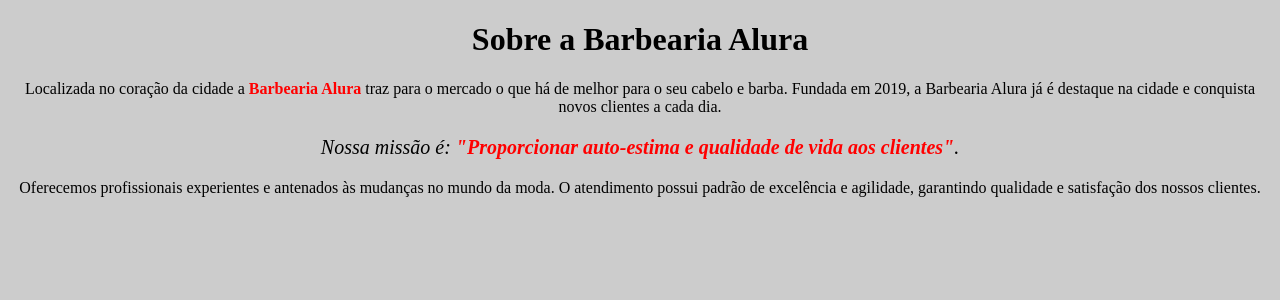
Repository: RenatoCCS/Barbearia_Alura
Page: index.html
An editor plug-in stored every save of this project. The page is shown before and after the next save, followed by the edit.
The browser window is 1280 px wide. The pictures show the whole page.

Above is the page before, as saved 2022-10-17 20:34:16.

### index.html
<!DOCTYPE html>

<html lang="pt-br">
  <head>
    <meta charset="UTF-8" />
    <title>Barbearia Alura</title>
    <link rel="stylesheet" href="style.css" />
  </head>

  <body>
    <h1 style="text-align: center">Sobre a Barbearia Alura</h1>

    <p style="text-align: center">
      Localizada no coração da cidade a <strong>Barbearia Alura</strong> traz
      para o mercado o que há de melhor para o seu cabelo e barba. Fundada em
      2019, a Barbearia Alura já é destaque na cidade e conquista novos clientes
      a cada dia.
    </p>

    <p style="font-size: 20px; text-align: center">
      <em>
        Nossa missão é:
        <strong
          >"Proporcionar auto-estima e qualidade de vida aos clientes"</strong
        >.
      </em>
    </p>

    <p style="text-align: center">
      Oferecemos profissionais experientes e antenados às mudanças no mundo da
      moda. O atendimento possui padrão de excelência e agilidade, garantindo
      qualidade e satisfação dos nossos clientes.
    </p>
  </body>
</html>

### style.css
body {
  background: #cccccc;
}

p {
  text-align: center;
}

strong {
  color: red;
}

After the next save:
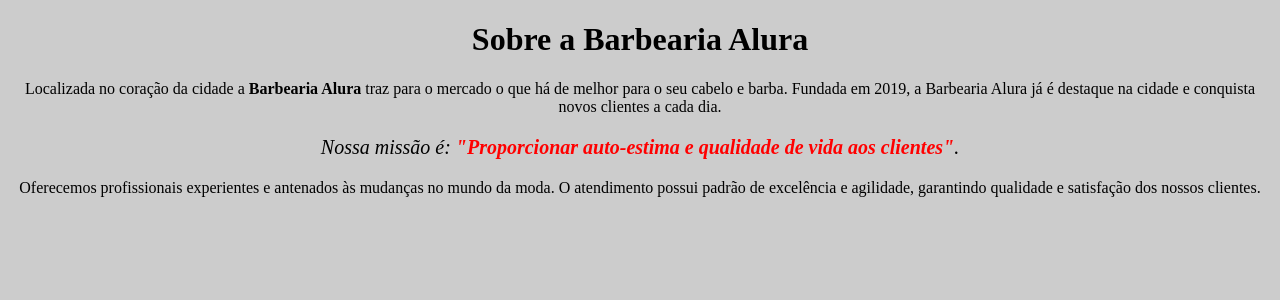
Saved 69 s later.
--- a/style.css
+++ b/style.css
@@ -6,6 +6,6 @@ p {
   text-align: center;
 }
 
-strong {
+em strong {
   color: red;
 }
